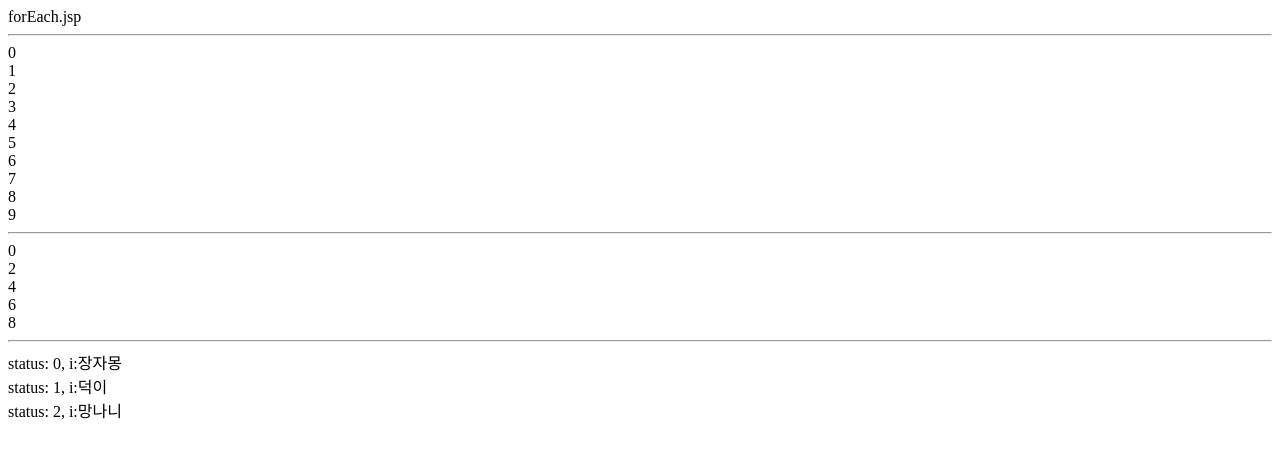
Repository: cartoon1110/KosaSwCourse
Page: http://localhost/JSPprogramming/ch11/forEach.jsp
The author's editor kept a copy of each file at every save. The page is drawn from the files as they stood at one save, then again after the next save.
The browser window is 1280 px wide. The pictures show the whole page.
The page is served by Tomcat 9.

Above is the page before, as saved 2015-08-29 08:11:16.

After the next save:
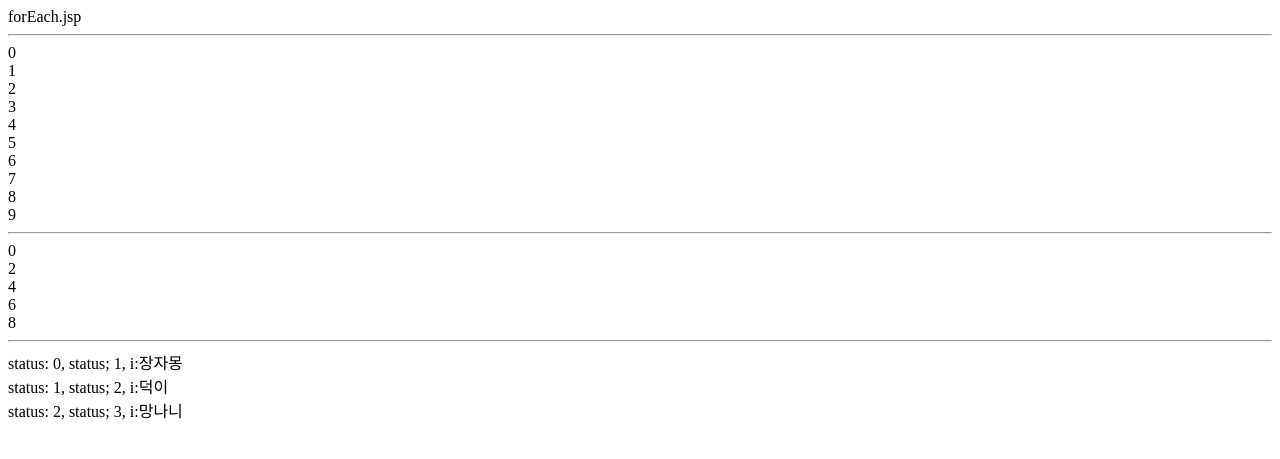
Saved 46 s later.
--- a/workspace-web/JSPprogramming/WebContent/ch11/forEach.jsp
+++ b/workspace-web/JSPprogramming/WebContent/ch11/forEach.jsp
@@ -35,7 +35,9 @@
 		%>
 
 		<c:forEach var="i" items="${names}" varStatus="status">
-			status: ${status.index}, i:${i} <br/>
+			status: ${status.index},
+			status; ${status.count},
+			i:${i} <br/>
 		</c:forEach>
 
 	</body>
